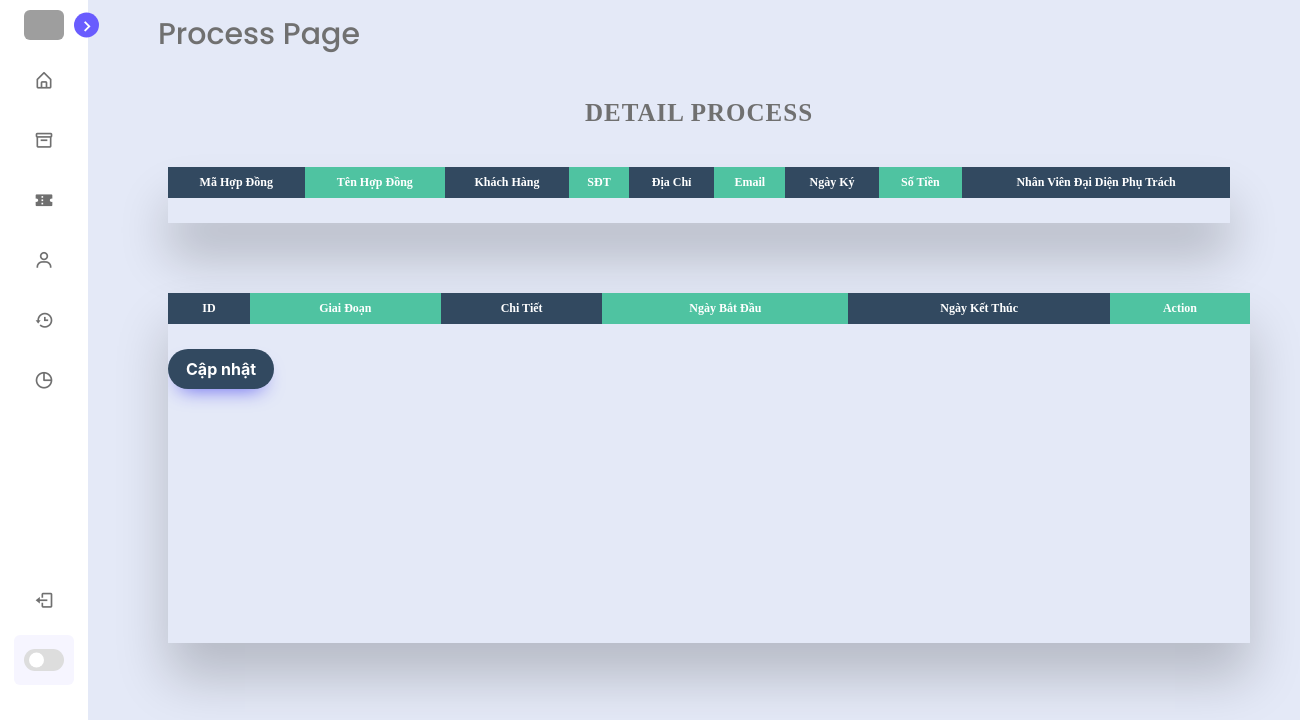
Repository: JeffDaveHudson/CapstoneProject
Page: http://localhost/CapstoneProject/processaddnewprocess
The author's editor kept a copy of each file at every save. The page is drawn from the files as they stood at one save, then again after the next save.
The browser window is 1280 px wide. The page is 1300 px wide, so the pictures cover 1300 px, including what lies to the right of the window. The pictures show the whole page.
Pictures or frames that could not be fetched are drawn as grey boxes. The page is served by Tomcat 9. Queries for data that is not in the repository find no rows.

Above is the page before, as saved 2023-05-31 11:02:48.

After the next save:
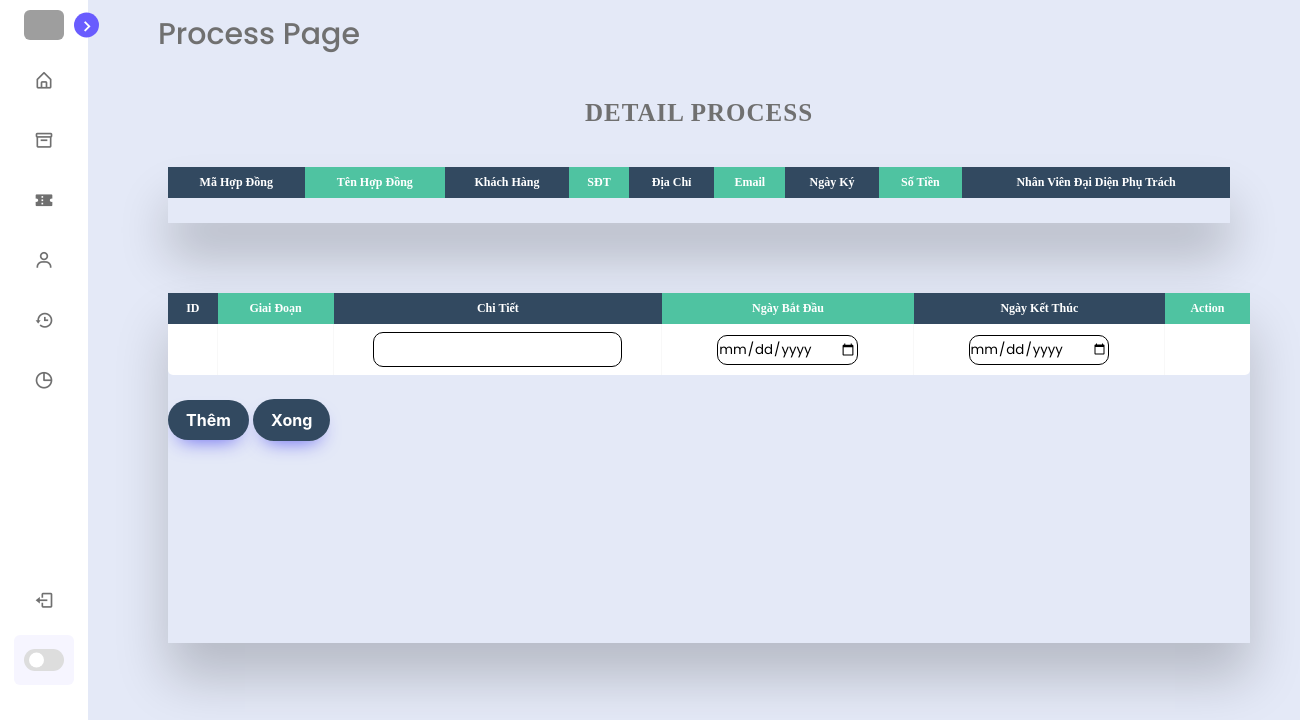
Saved 4 min 51 s later.
--- a/CapstoneProject/src/main/webapp/admin/Process.jsp
+++ b/CapstoneProject/src/main/webapp/admin/Process.jsp
@@ -184,10 +184,43 @@
 
 							</tr>
 						</c:forEach>
+						<tr>
+
+							<td></td>
+							<td>
+
+							</td>
+
+							<td><form:input path="detail" placeholder=" " style=" padding-top: 1px;
+																					padding-bottom: 1px;
+																					width: 80%;
+																					background-color: #fff;
+																					border: 1px solid;
+																					border-radius: 10px;
+																				" /></td>
+
+							<td><form:input path="startDate" type="date" style=" padding-top: 3px;
+																					padding-bottom: 3px;
+																					width: 60%;
+																					background-color: #fff;
+																					border: 1px solid;
+																					border-radius: 10px;
+																				" /></td>
+
+							<td><form:input path="endDate" type="date" style=" padding-top: 3px;
+																					padding-bottom: 3px;
+																					width: 60%;
+																					background-color: #fff;
+																					border: 1px solid;
+																					border-radius: 10px;
+																				" /></td>
+
+						</tr>
 					<tbody>
 				</table>
 				<br>
-				<button class="button-search" type="submit" onclick="setInitialCount()">Cập nhật</button>
+				<button class="button-search" type="submit" onclick="setInitialCount()">Thêm</button>
+				<a href="contract" class="button-search" style="text-decoration: none; padding: 11px 18px 11px 18px;">Xong</a>
 			</form:form>
 		</div>
 	</section>
